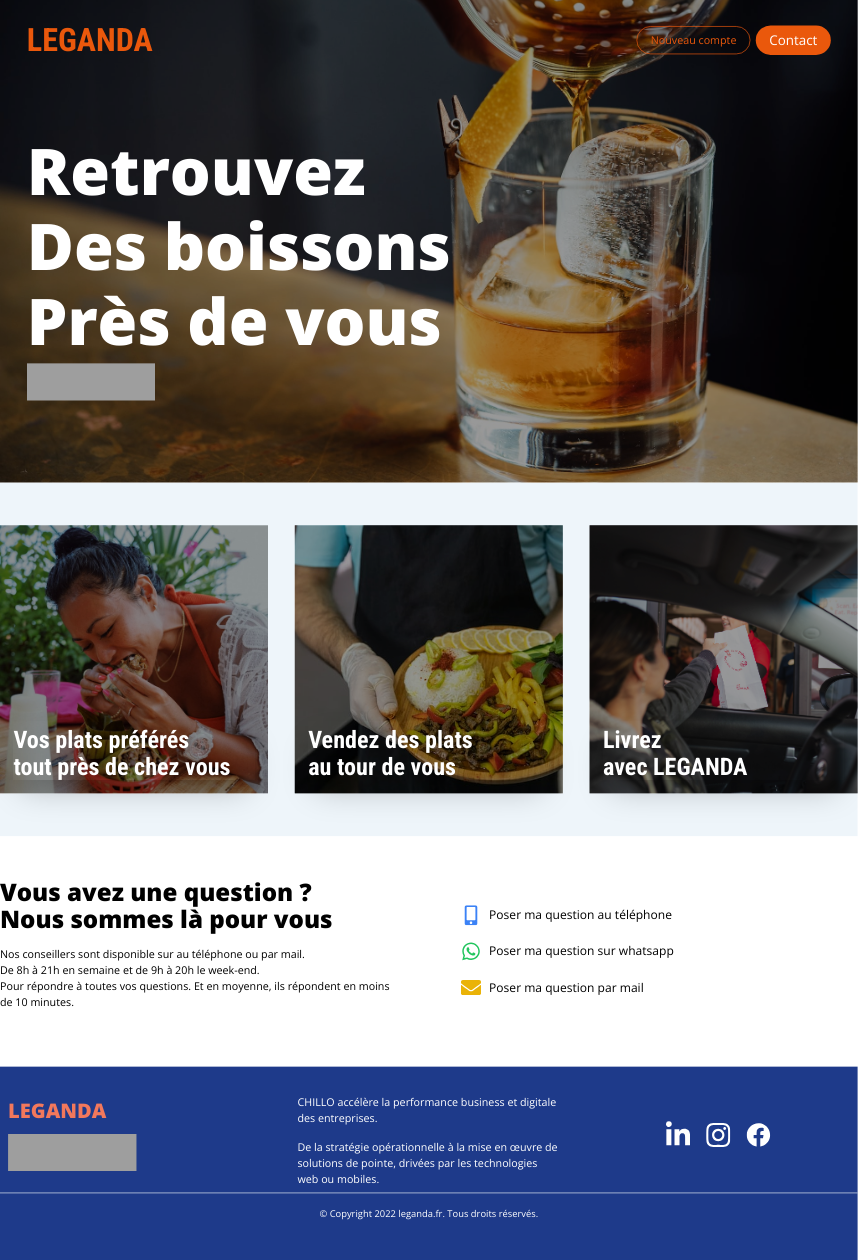
Repository: chillo-tech/website-leganda
Page: /
These files come from the project's save history. The page is drawn as it stood at one moment and after a run of saves; the edit follows.
The browser window is 1280 px wide. The pictures show the whole page, at 67% of full size.
Pictures or frames that could not be fetched are drawn as grey boxes. The project was rebuilt for these pictures with package versions that can differ from the ones it lists, and the page was loaded fresh each time. Some packages were replaced by stand-ins written for this rebuild. The framework's server and built-in components were replaced by stand-ins that run in the browser. Also part of the build but not shown: next.config.js, components/header/items/SearchBar.tsx.

Above is the page before, as saved 2023-02-09 11:10:05.

After the next 2 saves:
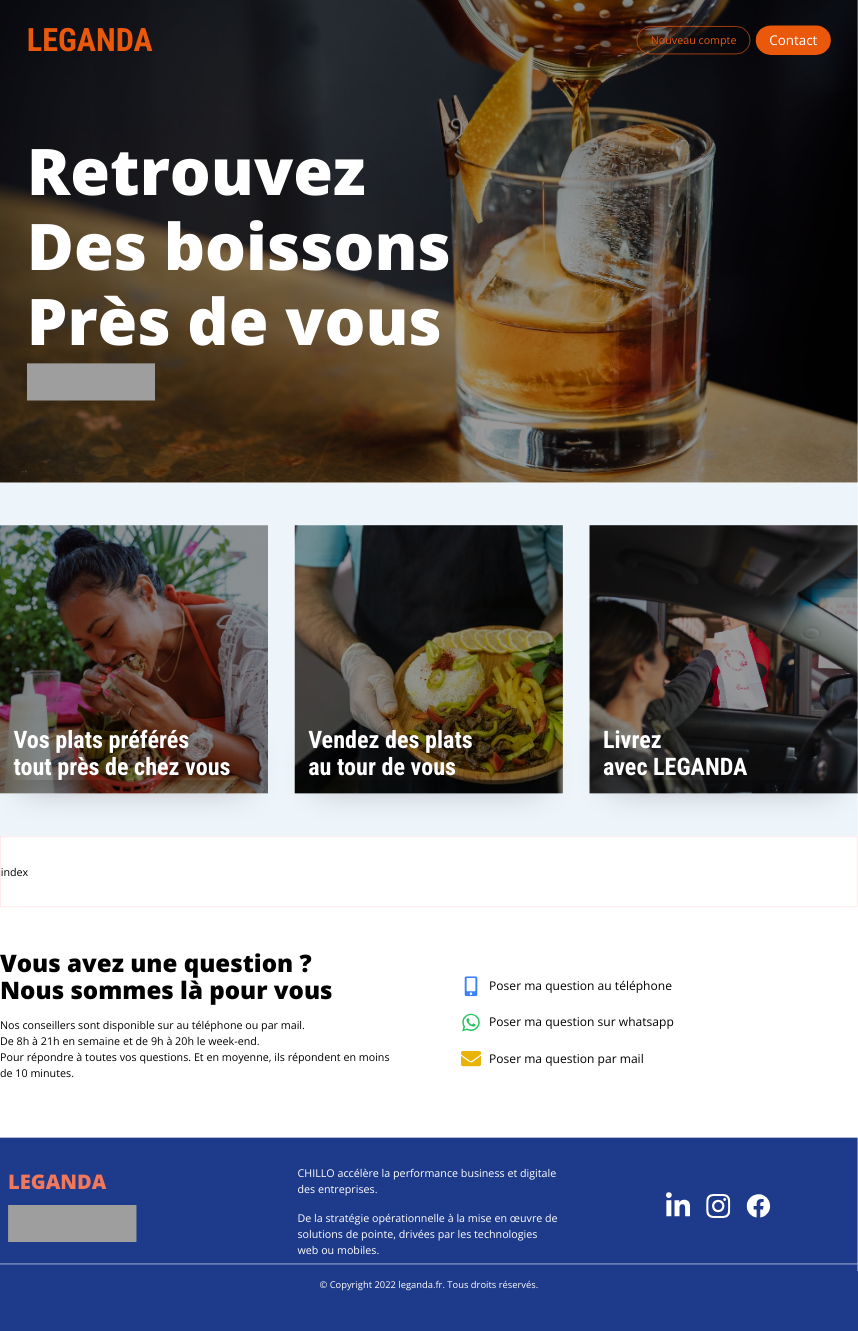
The 2 saves are shown as one change because 1 did not build or start.
The last was saved 67 s later.
--- a/pages/index.tsx
+++ b/pages/index.tsx
@@ -6,6 +6,7 @@
 import Questions from '../components/questions/Questions';
 import Header from '../components/header/Header';
 import {cn, HEADERS_ITEMS, loaderProp, STORES} from '../utils';
+import Tabs from '../components/tabs';
 
 const Home: NextPage = () => {
   const [isLoading, setLoading] = useState(true);
@@ -131,6 +132,7 @@
               </div>
               </div>
           </section>
+          <Tabs />
           {/*<Cities />*/}
           <Questions />
         </main>
